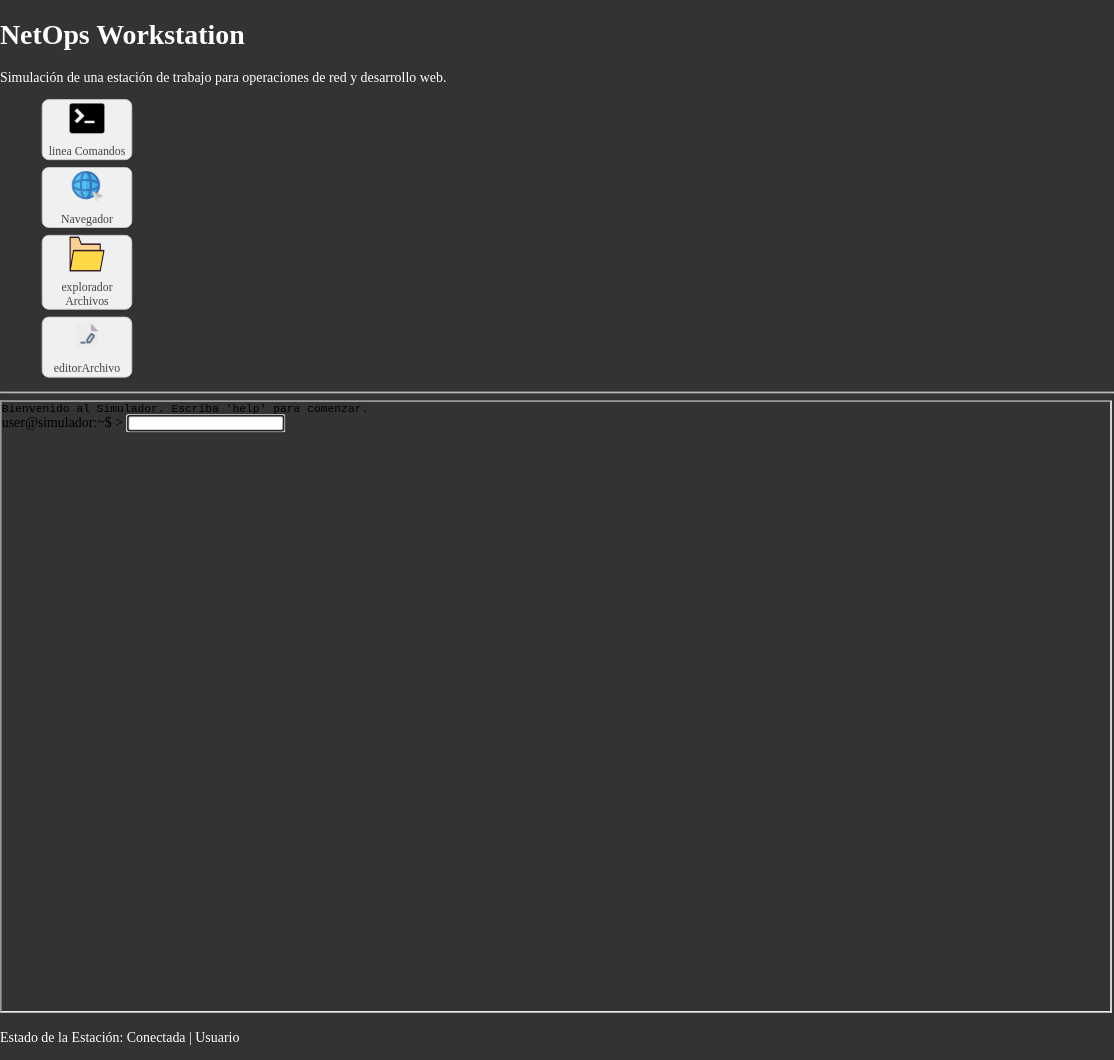
Repository: ValdezGalia/ProgramacionWebUcab
Page: lan-01.html
These files come from the project's save history. The page is drawn as it stood at one moment and after the next save; the edit follows.
The browser window is 1280 px wide. The pictures show the whole page, at 87% of full size.

Above is the page before, as saved 2025-11-13 16:37:20.

### lan-01.html
<!DOCTYPE html>
<html lang="es">

<head>
    <meta charset="UTF-8">
    <meta name="viewport" content="width=device-width, initial-scale=1.0">
    <meta name="author" content="Orlando Valdez / Jenry Youssef / Oscar Torres">
    <link rel="stylesheet" href="/style/lan-01.css">
    <title>NetOps Workstation: Estación de Trabajo</title>
</head>

<body>

    <header>
        <h1>NetOps Workstation</h1>
        <p>Simulación de una estación de trabajo para operaciones de red y desarrollo web.</p>
    </header>

    <main id="workstation-container">

        <nav id="app-navigation" aria-label="Aplicaciones de la estación de trabajo">
            <ul id="app-list">
                <li><a href="#" data-tool="lineaComandos"><img src="assets/img/terminal.png" class="app-icon" alt="lineaComandos"><span>linea Comandos</span></a></li>
                <li><a href="#" data-tool="navegador"><img src="assets/img/navweb.png" class="app-icon" alt="Navegador"><span>Navegador</span></a></li>
                <li><a href="#" data-tool="exploradorArchivos"><img src="assets/img/exploarch.png" class="app-icon" alt="exploradorArchivos"><span>explorador Archivos</span></a></li>
                <li><a href="#" data-tool="editorArchivo"><img src="assets/img/editArchivo.png" class="app-icon" alt="editorArchivo"><span>editorArchivo</span></a></li>
            </ul>
        </nav>

        <hr>
        <!-- Contenedor de herramientas de forma dinamica y sostenible -->
        <section id="application-display">
            <iframe id="tool-iframe" src="pages/lineaComandos.html" sandbox="allow-scripts allow-same-origin"
                title="Aplicación interactiva" width="99.5%" height="700px"></iframe>
        </section>

    </main>

    <footer aria-label="Estado y Diagnóstico">
        <p>Estado de la Estación: Conectada | <span class="user">Usuario</span></p>
    </footer>

    <script>
        document.addEventListener('DOMContentLoaded', () => {
            const iframe = document.getElementById('tool-iframe');
            const navLinks = document.querySelectorAll('#app-list a');

            navLinks.forEach(link => {
                link.addEventListener('click', (event) => {
                    debugger
                    event.preventDefault();

                    const toolName = event.target.dataset.tool;
                    const newSrc = `pages/${toolName}.html`;

                    iframe.src = newSrc;

                    /*Esto aun no hace nada ya que aun no se implementa la logica que distige la clase active*/
                    navLinks.forEach(navLink => navLink.classList.remove('active'));
                    event.target.classList.add('active');
                });
            });
        });
    </script>

</body>

</html>

### style/lan-01.css
html, body{
    padding: 0;
    margin: 0;
    background-color: #333;
    color: white
}

nav ul li{
    list-style: none;
}

nav ul li a {
    display: flex;
    flex-direction: column;
    justify-content: center;
    align-items: center;

    /* Estilos visuales de App */
    text-decoration: none;
    color: #444444;
    background-color: #f0f0f0;
    padding: 1px;
    margin: 8px;
    border: 1px solid #cccccc;
    border-radius: 8px;
    box-shadow: 0 2px 4px rgba(0, 0, 0, 0.05);
    transition: all 0.2s ease;
    width: 100px;
    text-align: center;
}

/* Estilos para el Ícono (la imagen) */
nav ul li a .app-icon {
    width: 40px; /* Tamaño del icono */
    height: 40px;
    margin-bottom: 5px; /* Espacio entre el icono y la etiqueta de texto */
    /* Asegura que la imagen no tenga un borde o estilo propio que moleste */
    border: none;
}

/* Estilos para el Texto (la etiqueta) */
nav ul li a span {
    font-size: 0.85em; /* Fuente pequeña para la etiqueta */
    font-weight: 500;
    margin-top: 5px;
    color: #444444; /* Asegura el color del texto */
}

/* Interacción: Estado Hover (Al pasar el ratón) */
nav ul li a:hover {
    background-color: #e0e0e0; /* Un poco más oscuro al pasar el ratón */
    border-color: #a0a0a0;
    box-shadow: 0 4px 8px rgba(0, 0, 0, 0.1);
    transform: scale(1.02); /* Un ligero crecimiento para resaltar */
}

### pages/lineaComandos.html
<!DOCTYPE html>
<html lang="es">
<head>
    <meta charset="UTF-8">
    <meta name="viewport" content="width=device-width, initial-scale=1.0">
    <meta name="description" content="Un linea de comandos (CLI) basada en diseño de la de linux">
    <link rel="stylesheet" href="/style/commandline.css">
    <title>Linea de comandos</title>
</head>
<body>
    <div id="terminal-window">
        <pre id="terminal-output">Bienvenido al Simulador. Escriba 'help' para comenzar.</pre>

        <div id="command-line">
            <span id="prompt">user@simulador:~$ > </span>
            <input type="text" id="command-input" autofocus>
        </div>
    </div>
</body>
</html>

### style/commandline.css
* {
    margin: 0px;
    padding: 0px;
}

html, body{
    margin: 0;
    padding: 0;
    width: 100%;
    height: 100%;
    overflow: hidden;
    background-color: #333;
}

textarea{
    display: block;
    display: block;
    width: 100%;
    height: 100%;
    box-sizing: border-box;
    border: none;
    outline: none;
    resize: none;
    font-family: monospace;
    padding: 10px;
    background-color: #2036;
    color: white;
}

After the next save:
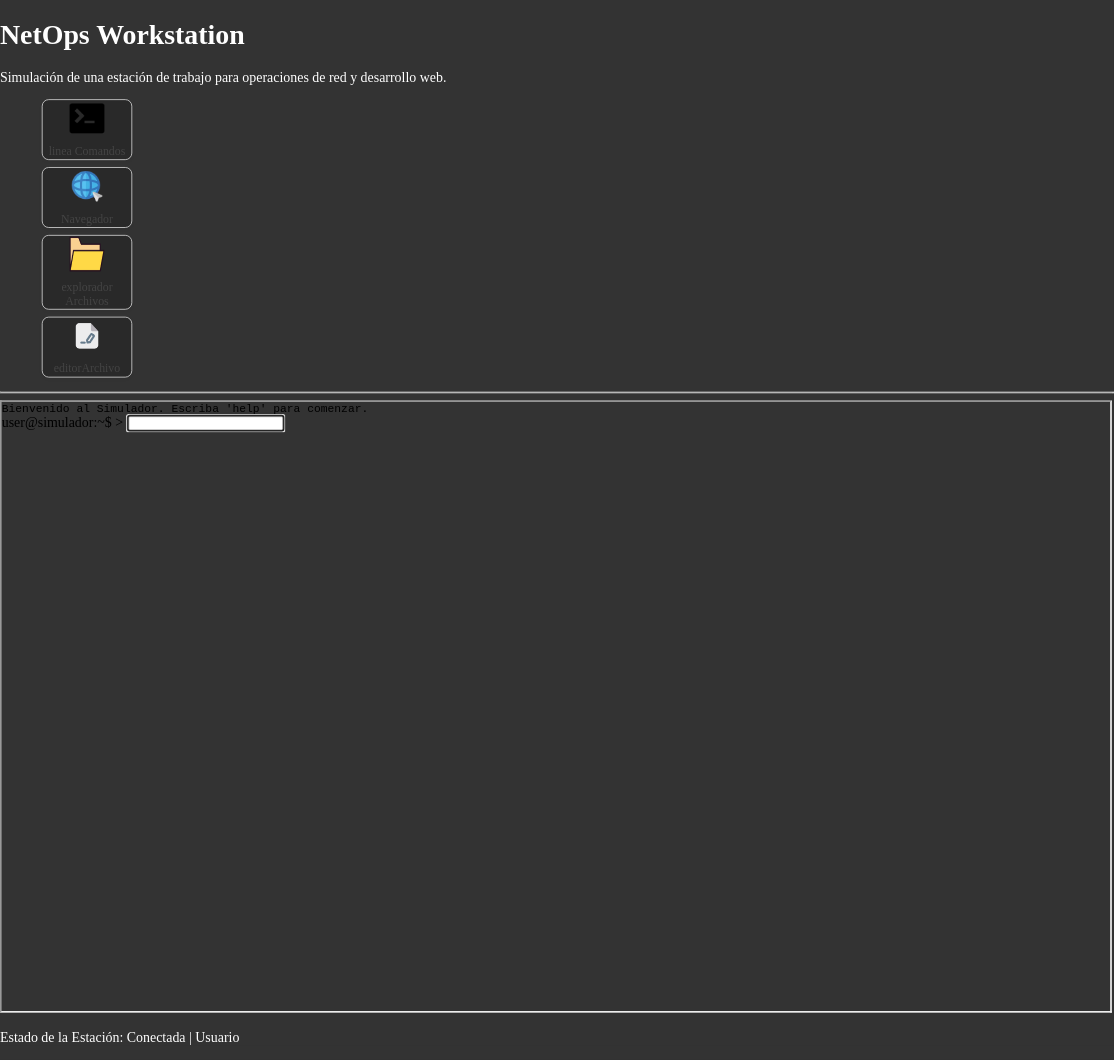
Saved 100 s later.
--- a/style/lan-01.css
+++ b/style/lan-01.css
@@ -18,7 +18,7 @@ nav ul li a {
     /* Estilos visuales de App */
     text-decoration: none;
     color: #444444;
-    background-color: #f0f0f0;
+    background-color: #292929;
     padding: 1px;
     margin: 8px;
     border: 1px solid #cccccc;
